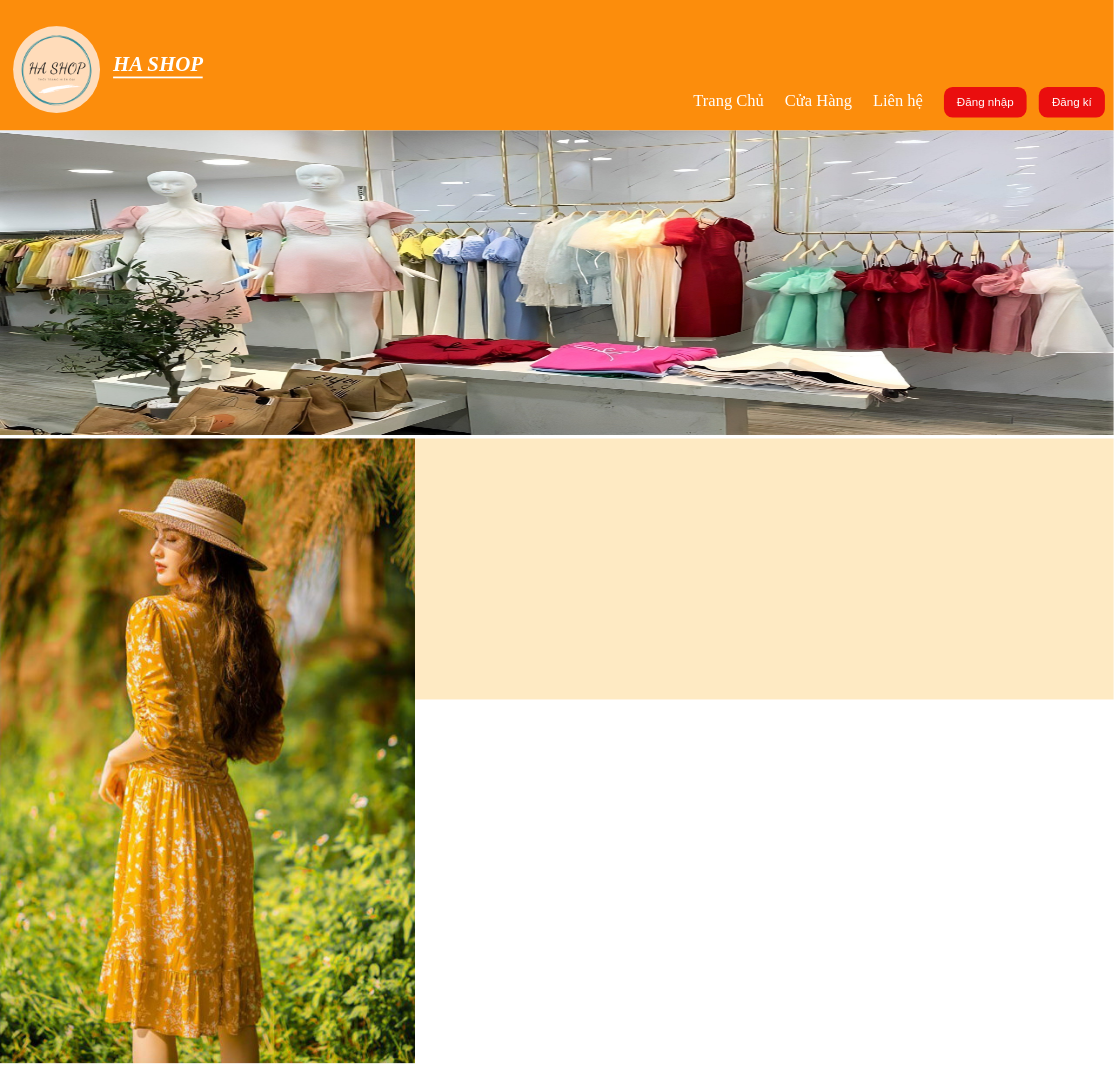
Repository: manhhieu120499/demo_page
Page: trangchu.html
These files come from the project's save history. The page is drawn as it stood at one moment and after the next save; the edit follows.
The browser window is 1280 px wide. The pictures show the whole page, at 87% of full size.

Above is the page before, as saved 2023-02-16 16:50:42.

### trangchu.html
<!DOCTYPE html>
<html lang="en">

<head>
    <meta charset="UTF-8" />
    <meta http-equiv="X-UA-Compatible" content="IE=edge" />
    <meta name="viewport" content="width=device-width, initial-scale=1.0" />
    <title>Document</title>
    <link rel="stylesheet" href="./style_trangchu.css">
</head>

<body>
    <div class="wrap">
        <div class="header">
            <div class="left-header">
                <img src="./Thời trang hiện dại.png" alt="logo_shop" class="picture"/>
                <h2 class="shop_name">HA SHOP</h2>
            </div>

            <div class="right-header">
                <a href="#">Trang Chủ</a>
                <a href="#">Cửa Hàng</a>
                <a href="#">Liên hệ</a>

                <button>Đăng nhập</button>
                <button>Đăng kí</button>
            </div>
        </div>

        <div class="slide">
            <img src="./slide.jpg" alt="">
        </div>

        <div class="album">
            <div class="album_items">
                <div class="album_items_left">
                     <img src="./10.jpg" alt="picture-it" class="picture_album">
                </div>

                <div class="album_items_right">

                </div>
            </div>

            <div class="album-items">

            </div>
        </div>
    </div>
</body>

</html>

### style_trangchu.css
* {
    box-sizing: border-box;
    margin: 0;
}

body {
    width: 100vw;
    height: 100vh;
}

.header {
    width: 100%;
    height: 150px;
    background-color: #FC8D0C;
    display: flex;
    justify-content: space-between;
}

.left-header {
    display: flex;
    align-items: center;
}

.left-header h2 {
    color: white;
    border-bottom: 2px solid white;
    font-style: italic;
}

.left-header .picture {
    width: 100px;
    border-radius: 50%;
    margin-top: 10px;
    margin-left: 15px;
    margin-right: 15px;
}

.right-header {
    margin-top: 100px;
}

.right-header a {
    text-decoration: none;
    color: white;
    font-size: 19px;
    padding-right: 20px;
}

.right-header button {
    background-color: #EA0E0E;
    padding: 10px 15px;
    border-radius: 10px;
    border: none;
    margin-right: 10px;
    color: white;
}

/*Silde*/
.slide img {
    width: 100vw;
    height: 350px;
}

.album_items {
    width: calc(100vw-32px);
    height: 300px;
    background-color: #FEEAC3;
}

After the next save:
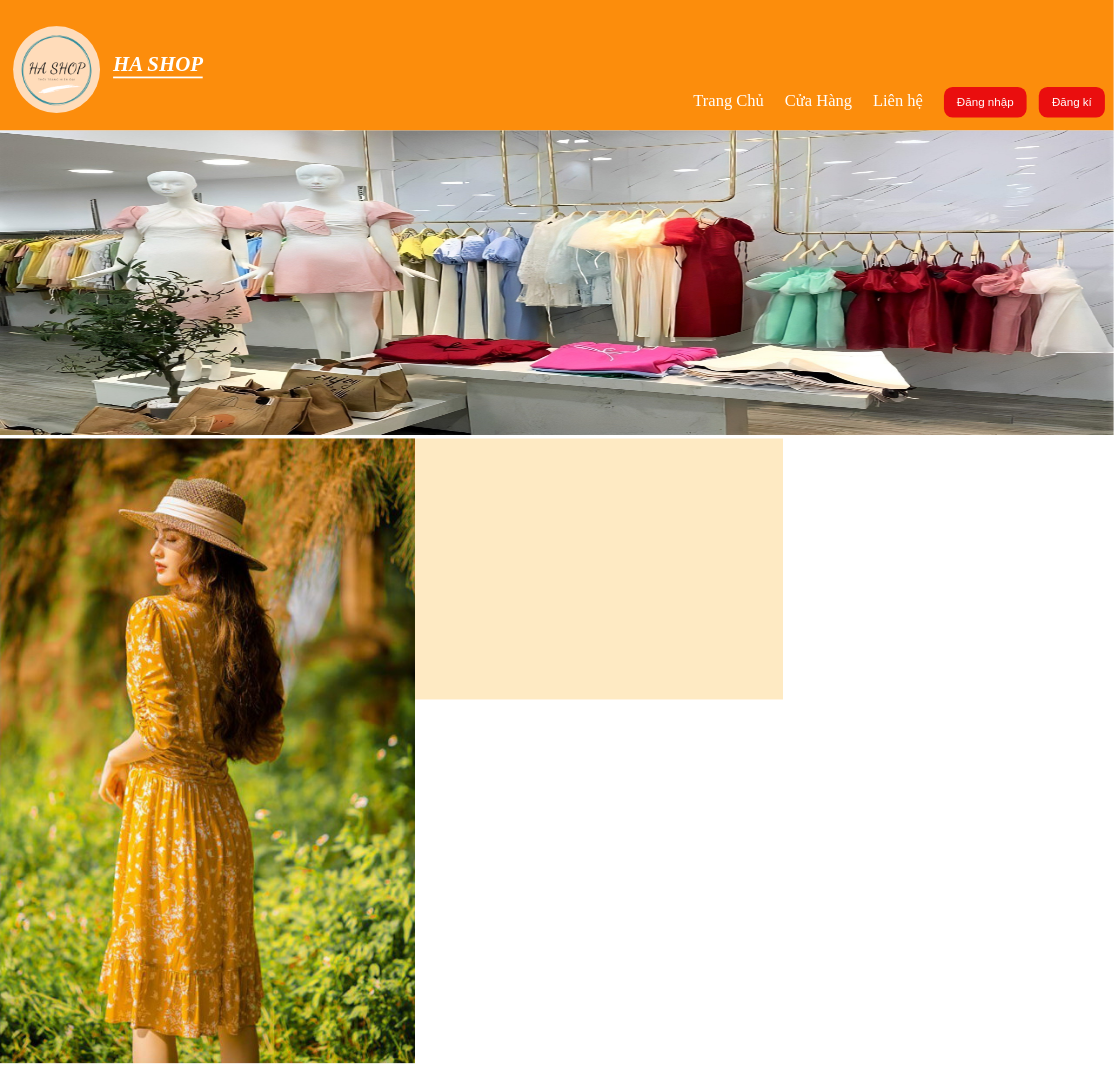
Saved 15 s later.
--- a/style_trangchu.css
+++ b/style_trangchu.css
@@ -62,7 +62,7 @@
 }
 
 .album_items {
-    width: calc(100vw-32px);
+    width: 900px;
     height: 300px;
     background-color: #FEEAC3;
 }
